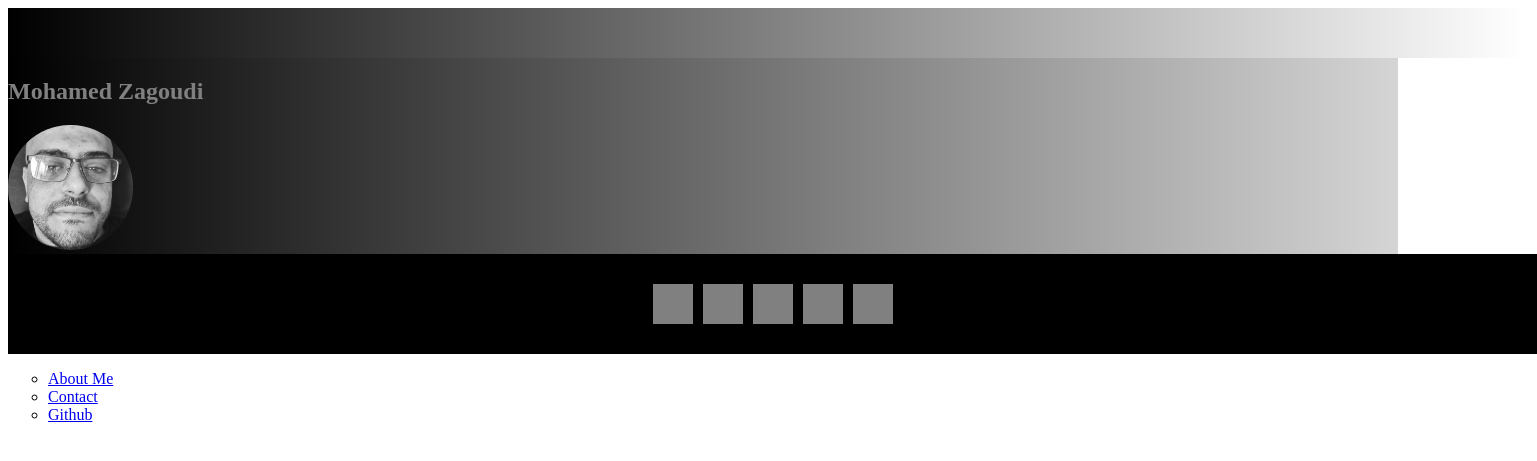
Repository: Mohzagou/Eersteportofolio
Page: index.html
The author's editor kept a copy of each file at every save. The page is drawn from the files as they stood at one save, then again after the next save.
The browser window is 1280 px wide. The page is 1537 px wide, so the pictures cover 1537 px, including what lies to the right of the window. The pictures show the whole page.

Above is the page before, as saved 2022-06-07 22:59:44.

### index.html
<!DOCTYPE html>


<head>
    <link rel="stylesheet" href="styles.css" />
    <meta charset="UTF-8">

    <title>Document</title>
</head>

<body>

    <header></header>
    <div class="about-me">
        <h2 id="name">Mohamed Zagoudi</h2>
        <img class="avatar" src="images/67gwzvy.jpeg" alt="Mohamed Zagoudi headshot">


        <section>
            <div class="test"></div>
            <div class="test"></div>
            <div class="test"></div>
            <div class="test"></div>
            <div class="test"></div>
        </section>
        <footer>
            <ul style="list-style-type: circle ">
                <li><a href=" ">About Me</a></li>
                <li><a href=" ">Contact</a></li>
                <li><a href="https://github.com/Mohzagou ">Github</a></li>

            </ul>

        </footer>



</body>



</html>

### styles.css
body {
    display: flex;
    flex-direction: column;
}

header {
    width: 120%;
    height: 50px;
    background-image: linear-gradient(to right, black, grey, white);
    /*background-color: rgb(113, 74, 145);*/
}

section {
    width: 110%;
    height: 100px;
    repeating-linear-gradient(-115deg, transparent, transparent 20px, rgba(255, 255, 255, 0.1) 20px, rgba(255, 255, 255, 0.1) 40px);
    background-color: black;
    display: flex;
    align-items: center;
    justify-content: center;
}

.about-me {
    width: 110%;
    height: 200px;
    background-image: repeating-linear-gradient(to right, black, grey, white 120%);
    /*background-color: rgb(177, 69, 21, 0.8);*/
    /*margin: 10px 0 10px 0;
    border: solid black 10px;
    border-radius: 15px;*/
}

.avatar {
    width: 125px;
    border-radius: 62px;
    background-image: repeating-linear-gradient(to right, black, grey, 110%);
}

#name {
    color: grey;
}

.test {
    width: 40px;
    height: 40px;
    background-color: grey;
    margin: 5px;
}

After the next save:
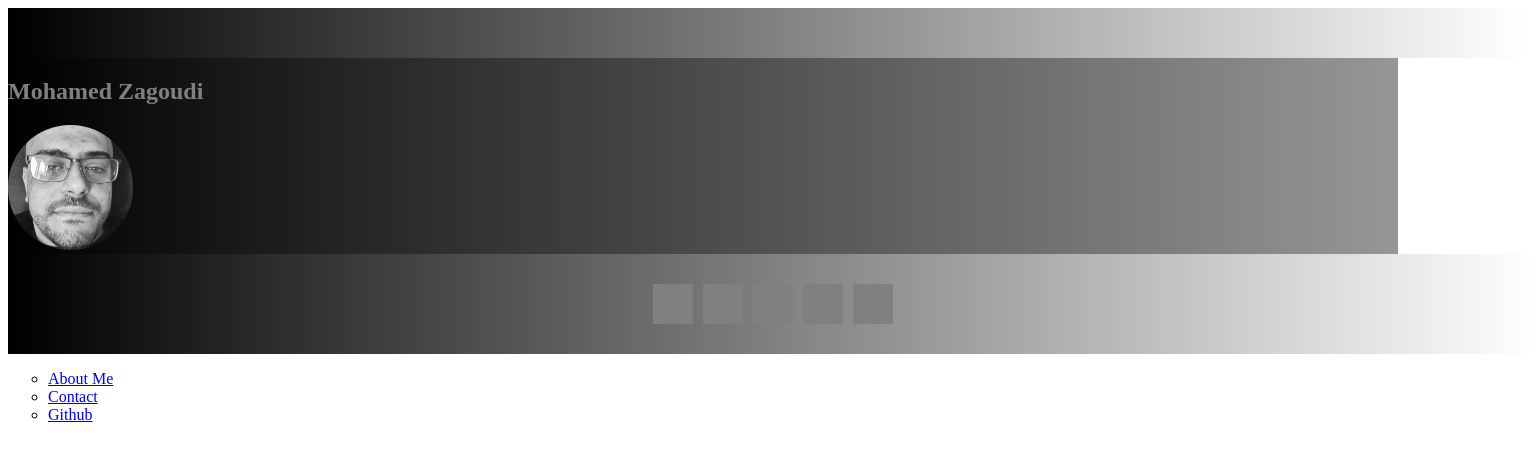
Saved 22 s later.
--- a/styles.css
+++ b/styles.css
@@ -13,8 +13,8 @@ header {
 section {
     width: 110%;
     height: 100px;
-    repeating-linear-gradient(-115deg, transparent, transparent 20px, rgba(255, 255, 255, 0.1) 20px, rgba(255, 255, 255, 0.1) 40px);
-    background-color: black;
+    background-image: linear-gradient(to right, black, grey, white);
+    background-color: #234def;
     display: flex;
     align-items: center;
     justify-content: center;
@@ -23,7 +23,7 @@ section {
 .about-me {
     width: 110%;
     height: 200px;
-    background-image: repeating-linear-gradient(to right, black, grey, white 120%);
+    background-image: repeating-linear-gradient(to right, black, grey, white 170%);
     /*background-color: rgb(177, 69, 21, 0.8);*/
     /*margin: 10px 0 10px 0;
     border: solid black 10px;
